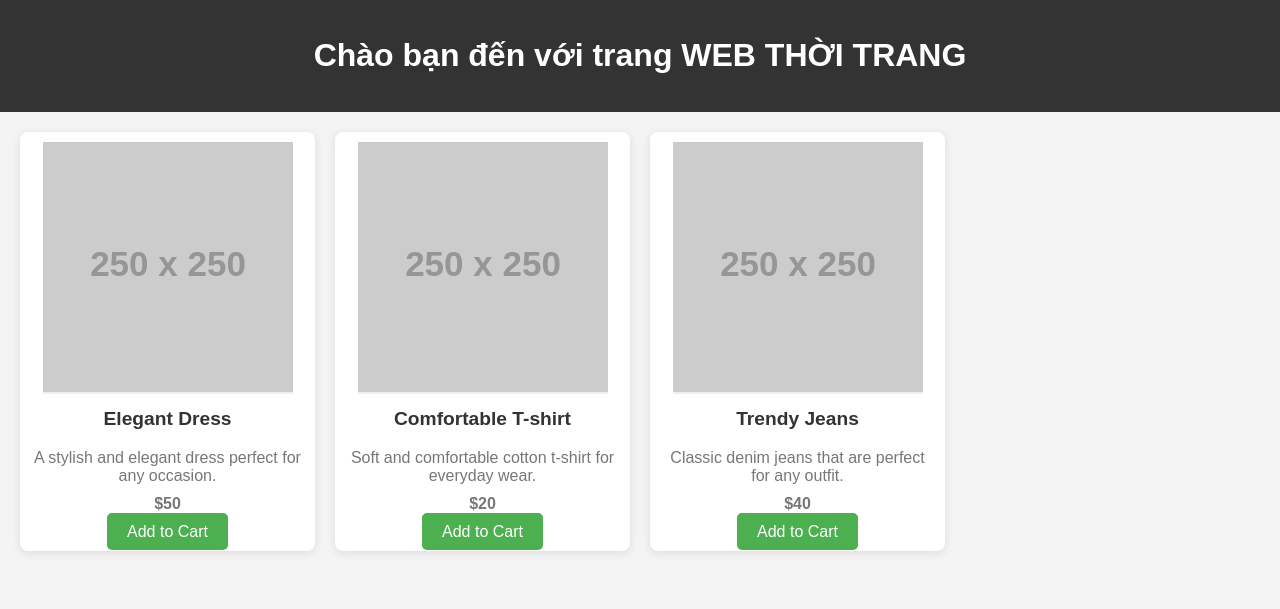
Repository: Thang871/web-thoi-trang
Page: http://localhost/
The author's editor kept a copy of each file at every save. The page is drawn from the files as they stood at one save, then again after the next save.
The browser window is 1280 px wide. The pictures show the whole page.
The page is served by the project's application, run on Flask 3 (app.py).

Above is the page before, as saved 2024-11-25 08:16:14.

### templates/products.html
<!DOCTYPE html>
<html lang="en">
<head>
    <meta charset="UTF-8">
    <meta name="viewport" content="width=device-width, initial-scale=1.0">
    <title>Our Fashion Products</title>
    <style>
        body {
            font-family: Arial, sans-serif;
            background-color: #f4f4f4;
            margin: 0;
            padding: 0;
        }
        header {
            background-color: #333;
            color: white;
            text-align: center;
            padding: 1em;
        }
        .product-container {
            display: grid;
            grid-template-columns: repeat(auto-fill, minmax(250px, 1fr));
            gap: 20px;
            padding: 20px;
        }
        .product {
            background: white;
            border-radius: 8px;
            box-shadow: 0 2px 10px rgba(0, 0, 0, 0.1);
            overflow: hidden;
            text-align: center;
            padding: 10px;
        }
        .product img {
            max-width: 100%;
            height: auto;
            border-bottom: 2px solid #eee;
        }
        .product h3 {
            color: #333;
            font-size: 1.2em;
            margin-top: 10px;
        }
        .product p {
            color: #777;
            font-size: 1em;
            margin: 10px 0;
        }
        .price {
            color: #e91e63;
            font-size: 1.4em;
            font-weight: bold;
        }
        .btn-add-to-cart {
            background-color: #4CAF50;
            color: white;
            padding: 10px 20px;
            border: none;
            border-radius: 5px;
            cursor: pointer;
            text-decoration: none;
        }
        .btn-add-to-cart:hover {
            background-color: #45a049;
        }
    </style>
</head>
<body>

    <!-- Header -->
    <header>
        <h1>Chào bạn đến với trang WEB THỜI TRANG</h1>
    </header>

    <!-- Product Grid -->
    <div class="product-container">
        <!-- Product 1 -->
        <div class="product">
            <img src="https://via.placeholder.com/250x250" alt="Dress">
            <h3>Elegant Dress</h3>
            <p>A stylish and elegant dress perfect for any occasion.</p>
            <p class="price">$50</p>
            <a href="#" class="btn-add-to-cart">Add to Cart</a>
        </div>

        <!-- Product 2 -->
        <div class="product">
            <img src="https://via.placeholder.com/250x250" alt="T-shirt">
            <h3>Comfortable T-shirt</h3>
            <p>Soft and comfortable cotton t-shirt for everyday wear.</p>
            <p class="price">$20</p>
            <a href="#" class="btn-add-to-cart">Add to Cart</a>
        </div>

        <!-- Product 3 -->
        <div class="product">
            <img src="https://via.placeholder.com/250x250" alt="Jeans">
            <h3>Trendy Jeans</h3>
            <p>Classic denim jeans that are perfect for any outfit.</p>
            <p class="price">$40</p>
            <a href="#" class="btn-add-to-cart">Add to Cart</a>
        </div>
    </div>

</body>
</html>

### app.py
from flask import Flask, render_template, session, redirect, url_for

app = Flask(__name__)
app.secret_key = 'your_secret_key'  # Mã bí mật cho session

# Dữ liệu sản phẩm mẫu
products = [
    {'id': 1, 'name': 'Elegant Dress', 'description': 'A stylish and elegant dress perfect for any occasion.', 'price': 50.00, 'image': 'dress.jpg'},
    {'id': 2, 'name': 'Comfortable T-shirt', 'description': 'Soft and comfortable cotton t-shirt for everyday wear.', 'price': 20.00, 'image': 'tshirt.jpg'},
    {'id': 3, 'name': 'Trendy Jeans', 'description': 'Classic denim jeans that are perfect for any outfit.', 'price': 40.00, 'image': 'jeans.jpg'}
]

@app.route('/')
def home():
    return render_template('products.html', products=products)

@app.route('/add_to_cart/<int:product_id>')
def add_to_cart(product_id):
    product = next((prod for prod in products if prod['id'] == product_id), None)
    if product:
        cart = session.get('cart', [])
        cart.append(product)
        session['cart'] = cart
    return redirect(url_for('home'))

if __name__ == '__main__':
    app.run(debug=True, host='0.0.0.0', port=5000)

After the next save:
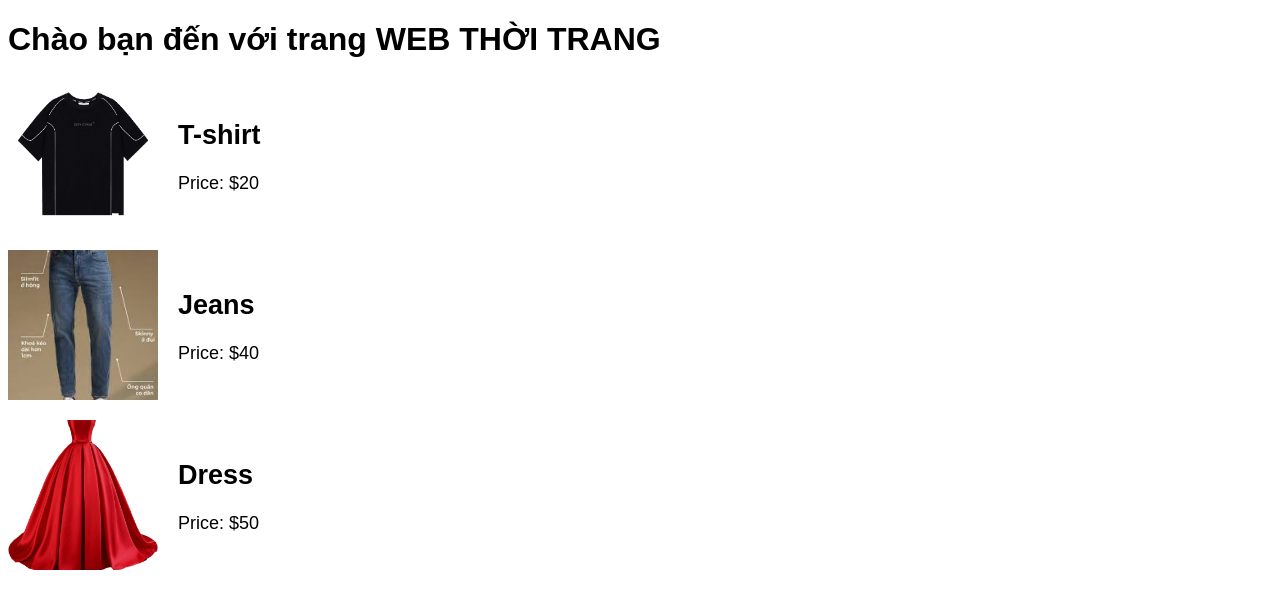
Saved 7 min 0 s later.
--- a/templates/products.html
+++ b/templates/products.html
@@ -3,102 +3,51 @@
 <head>
     <meta charset="UTF-8">
     <meta name="viewport" content="width=device-width, initial-scale=1.0">
-    <title>Our Fashion Products</title>
+    <title>Our Products</title>
     <style>
         body {
             font-family: Arial, sans-serif;
-            background-color: #f4f4f4;
-            margin: 0;
-            padding: 0;
-        }
-        header {
-            background-color: #333;
-            color: white;
-            text-align: center;
-            padding: 1em;
-        }
-        .product-container {
-            display: grid;
-            grid-template-columns: repeat(auto-fill, minmax(250px, 1fr));
-            gap: 20px;
-            padding: 20px;
         }
         .product {
-            background: white;
-            border-radius: 8px;
-            box-shadow: 0 2px 10px rgba(0, 0, 0, 0.1);
-            overflow: hidden;
-            text-align: center;
-            padding: 10px;
+            display: flex;
+            align-items: center;
+            margin-bottom: 20px;
         }
         .product img {
-            max-width: 100%;
-            height: auto;
-            border-bottom: 2px solid #eee;
+            width: 150px;
+            height: 150px;
+            object-fit: cover;
+            margin-right: 20px;
         }
-        .product h3 {
-            color: #333;
-            font-size: 1.2em;
-            margin-top: 10px;
-        }
-        .product p {
-            color: #777;
-            font-size: 1em;
-            margin: 10px 0;
-        }
-        .price {
-            color: #e91e63;
-            font-size: 1.4em;
-            font-weight: bold;
-        }
-        .btn-add-to-cart {
-            background-color: #4CAF50;
-            color: white;
-            padding: 10px 20px;
-            border: none;
-            border-radius: 5px;
-            cursor: pointer;
-            text-decoration: none;
-        }
-        .btn-add-to-cart:hover {
-            background-color: #45a049;
+        .product-info {
+            font-size: 18px;
         }
     </style>
 </head>
 <body>
+    <h1>Chào bạn đến với trang WEB THỜI TRANG</h1>
 
-    <!-- Header -->
-    <header>
-        <h1>Chào bạn đến với trang WEB THỜI TRANG</h1>
-    </header>
+    <div class="product">
+        <img src="{{ url_for('static', filename='images/tshirt.jpg') }}" alt="T-shirt">
+        <div class="product-info">
+            <h2>T-shirt</h2>
+            <p>Price: $20</p>
+        </div>
+    </div>
 
-    <!-- Product Grid -->
-    <div class="product-container">
-        <!-- Product 1 -->
-        <div class="product">
-            <img src="https://via.placeholder.com/250x250" alt="Dress">
-            <h3>Elegant Dress</h3>
-            <p>A stylish and elegant dress perfect for any occasion.</p>
-            <p class="price">$50</p>
-            <a href="#" class="btn-add-to-cart">Add to Cart</a>
+    <div class="product">
+        <img src="{{ url_for('static', filename='images/jeans.jpg') }}" alt="Jeans">
+        <div class="product-info">
+            <h2>Jeans</h2>
+            <p>Price: $40</p>
         </div>
+    </div>
 
-        <!-- Product 2 -->
-        <div class="product">
-            <img src="https://via.placeholder.com/250x250" alt="T-shirt">
-            <h3>Comfortable T-shirt</h3>
-            <p>Soft and comfortable cotton t-shirt for everyday wear.</p>
-            <p class="price">$20</p>
-            <a href="#" class="btn-add-to-cart">Add to Cart</a>
-        </div>
-
-        <!-- Product 3 -->
-        <div class="product">
-            <img src="https://via.placeholder.com/250x250" alt="Jeans">
-            <h3>Trendy Jeans</h3>
-            <p>Classic denim jeans that are perfect for any outfit.</p>
-            <p class="price">$40</p>
-            <a href="#" class="btn-add-to-cart">Add to Cart</a>
+    <div class="product">
+        <img src="{{ url_for('static', filename='images/dress.jpg') }}" alt="Dress">
+        <div class="product-info">
+            <h2>Dress</h2>
+            <p>Price: $50</p>
         </div>
     </div>
 

After the save that followed:
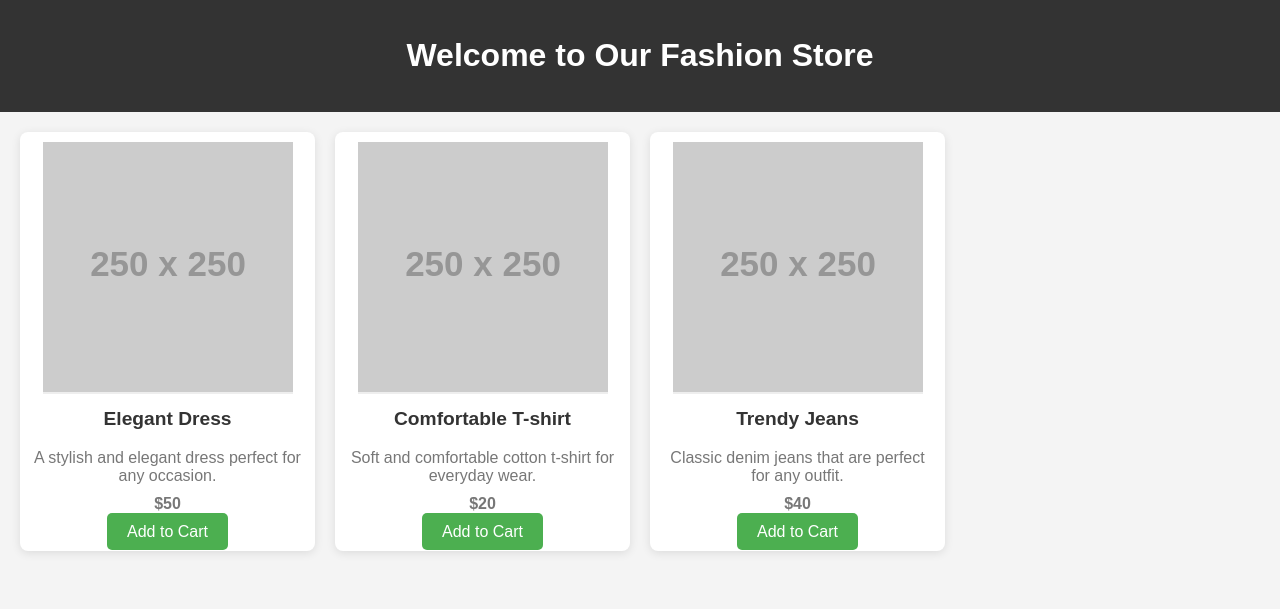
Saved 103 s later.
--- a/templates/products.html
+++ b/templates/products.html
@@ -3,51 +3,102 @@
 <head>
     <meta charset="UTF-8">
     <meta name="viewport" content="width=device-width, initial-scale=1.0">
-    <title>Our Products</title>
+    <title>Our Fashion Products</title>
     <style>
         body {
             font-family: Arial, sans-serif;
+            background-color: #f4f4f4;
+            margin: 0;
+            padding: 0;
+        }
+        header {
+            background-color: #333;
+            color: white;
+            text-align: center;
+            padding: 1em;
+        }
+        .product-container {
+            display: grid;
+            grid-template-columns: repeat(auto-fill, minmax(250px, 1fr));
+            gap: 20px;
+            padding: 20px;
         }
         .product {
-            display: flex;
-            align-items: center;
-            margin-bottom: 20px;
+            background: white;
+            border-radius: 8px;
+            box-shadow: 0 2px 10px rgba(0, 0, 0, 0.1);
+            overflow: hidden;
+            text-align: center;
+            padding: 10px;
         }
         .product img {
-            width: 150px;
-            height: 150px;
-            object-fit: cover;
-            margin-right: 20px;
+            max-width: 100%;
+            height: auto;
+            border-bottom: 2px solid #eee;
         }
-        .product-info {
-            font-size: 18px;
+        .product h3 {
+            color: #333;
+            font-size: 1.2em;
+            margin-top: 10px;
+        }
+        .product p {
+            color: #777;
+            font-size: 1em;
+            margin: 10px 0;
+        }
+        .price {
+            color: #e91e63;
+            font-size: 1.4em;
+            font-weight: bold;
+        }
+        .btn-add-to-cart {
+            background-color: #4CAF50;
+            color: white;
+            padding: 10px 20px;
+            border: none;
+            border-radius: 5px;
+            cursor: pointer;
+            text-decoration: none;
+        }
+        .btn-add-to-cart:hover {
+            background-color: #45a049;
         }
     </style>
 </head>
 <body>
-    <h1>Chào bạn đến với trang WEB THỜI TRANG</h1>
 
-    <div class="product">
-        <img src="{{ url_for('static', filename='images/tshirt.jpg') }}" alt="T-shirt">
-        <div class="product-info">
-            <h2>T-shirt</h2>
-            <p>Price: $20</p>
+    <!-- Header -->
+    <header>
+        <h1>Welcome to Our Fashion Store</h1>
+    </header>
+
+    <!-- Product Grid -->
+    <div class="product-container">
+        <!-- Product 1 -->
+        <div class="product">
+            <img src="https://via.placeholder.com/250x250" alt="Dress">
+            <h3>Elegant Dress</h3>
+            <p>A stylish and elegant dress perfect for any occasion.</p>
+            <p class="price">$50</p>
+            <a href="#" class="btn-add-to-cart">Add to Cart</a>
         </div>
-    </div>
 
-    <div class="product">
-        <img src="{{ url_for('static', filename='images/jeans.jpg') }}" alt="Jeans">
-        <div class="product-info">
-            <h2>Jeans</h2>
-            <p>Price: $40</p>
+        <!-- Product 2 -->
+        <div class="product">
+            <img src="https://via.placeholder.com/250x250" alt="T-shirt">
+            <h3>Comfortable T-shirt</h3>
+            <p>Soft and comfortable cotton t-shirt for everyday wear.</p>
+            <p class="price">$20</p>
+            <a href="#" class="btn-add-to-cart">Add to Cart</a>
         </div>
-    </div>
 
-    <div class="product">
-        <img src="{{ url_for('static', filename='images/dress.jpg') }}" alt="Dress">
-        <div class="product-info">
-            <h2>Dress</h2>
-            <p>Price: $50</p>
+        <!-- Product 3 -->
+        <div class="product">
+            <img src="https://via.placeholder.com/250x250" alt="Jeans">
+            <h3>Trendy Jeans</h3>
+            <p>Classic denim jeans that are perfect for any outfit.</p>
+            <p class="price">$40</p>
+            <a href="#" class="btn-add-to-cart">Add to Cart</a>
         </div>
     </div>
 
